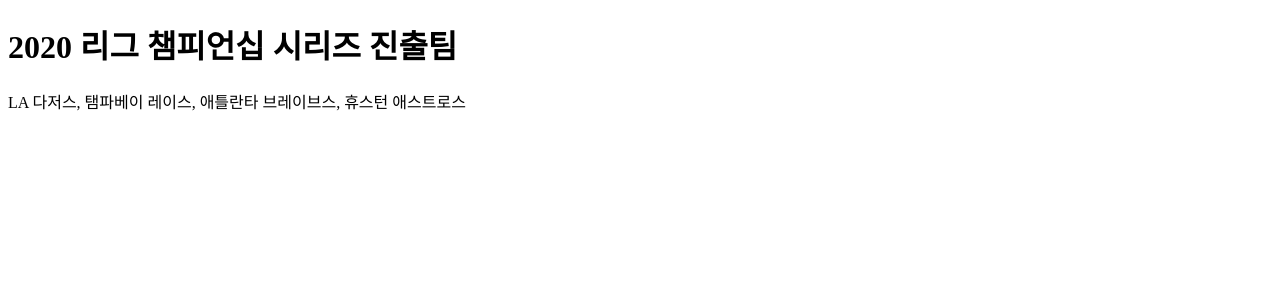
Repository: WK508/WK508---20201214_Webhosting
Page: http://localhost/Directive0312_2/contentType_2.jsp
An editor plug-in stored every save of this project. The page is shown before and after the next save, followed by the edit.
The browser window is 1280 px wide. The pictures show the whole page.
The page is served by Tomcat 9.

Above is the page before, as saved 2021-03-12 05:31:07.

### 20210312/JSP/Directive0312_2/WebContent/contentType_2.jsp
<%@ page language="java" contentType="text/html; charset=UTF-8"
    pageEncoding="UTF-8"%>
<!DOCTYPE html>
<html>
<head>
<meta charset="UTF-8">
<title>2020 LCS 진출팀</title>
</head>
<body>
   <h1>2020 리그 챔피언십 시리즈 진출팀</h1>
   <%="LA 다저스, 탬파베이 레이스, 애틀란타 브레이브스, 휴스턴 애스트로스" %>
</body>
</html>

After the next save:
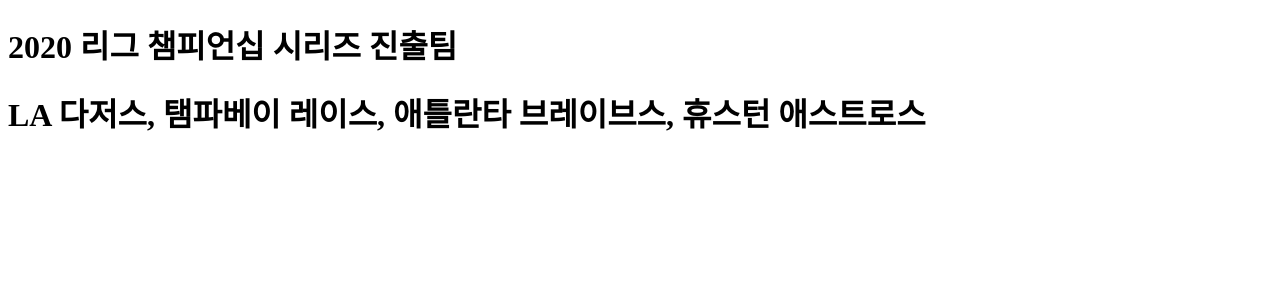
Saved 77 s later.
--- a/20210312/JSP/Directive0312_2/WebContent/contentType_2.jsp
+++ b/20210312/JSP/Directive0312_2/WebContent/contentType_2.jsp
@@ -8,6 +8,6 @@
 </head>
 <body>
    <h1>2020 리그 챔피언십 시리즈 진출팀</h1>
-   <%="LA 다저스, 탬파베이 레이스, 애틀란타 브레이브스, 휴스턴 애스트로스" %>
+   <h1><%="LA 다저스, 탬파베이 레이스, 애틀란타 브레이브스, 휴스턴 애스트로스" %></h1>
 </body>
 </html>
